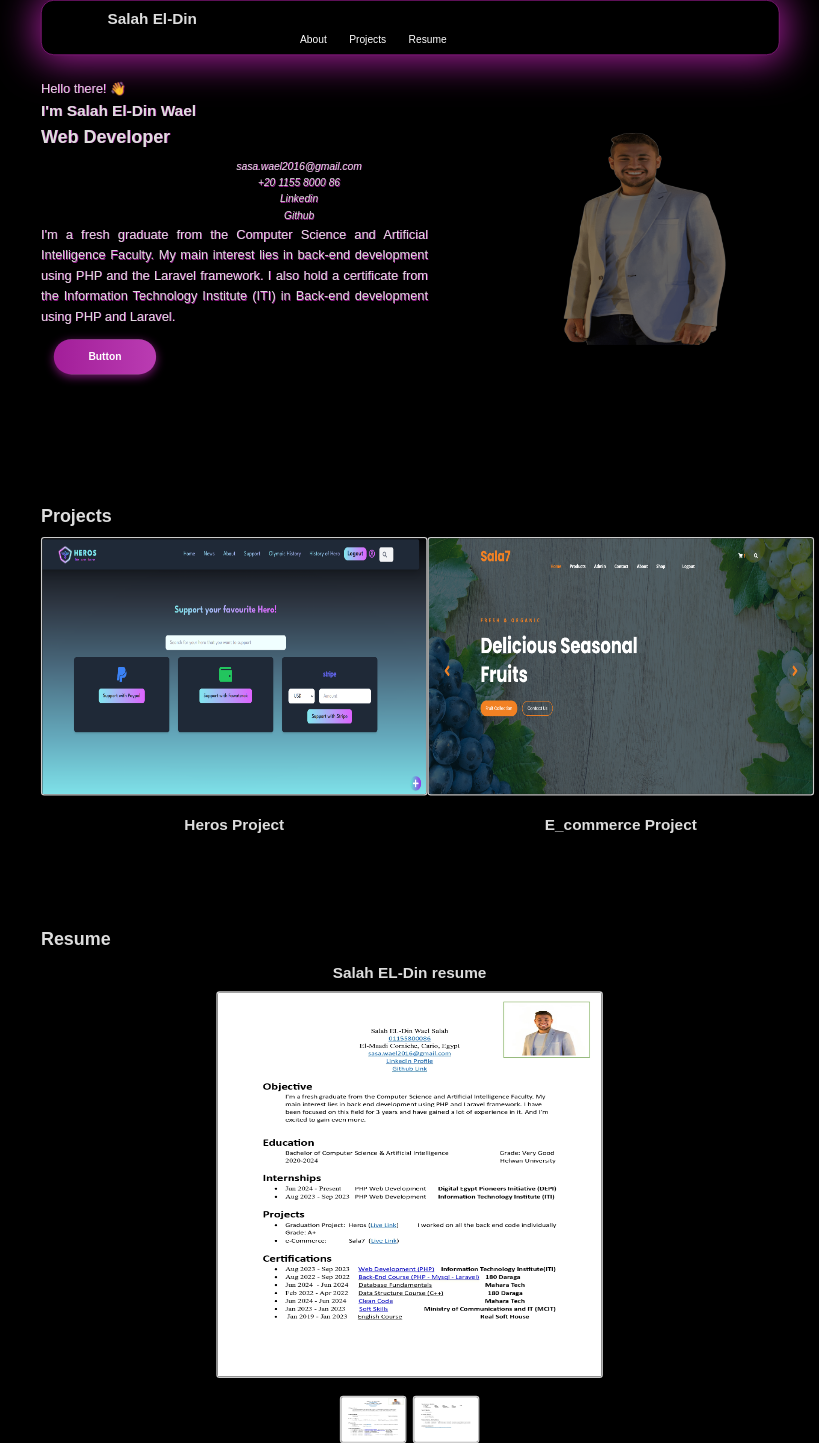
Repository: Salah-Wael/Salah-EL-Din-Portfolio
Page: index.html
These files come from the project's save history. The page is drawn as it stood at one moment and after a run of saves; the edit follows.
The browser window is 1280 px wide. The pictures show the whole page, at 64% of full size.

Above is the page before, as saved 2024-07-28 04:00:56.

After the next 7 saves:
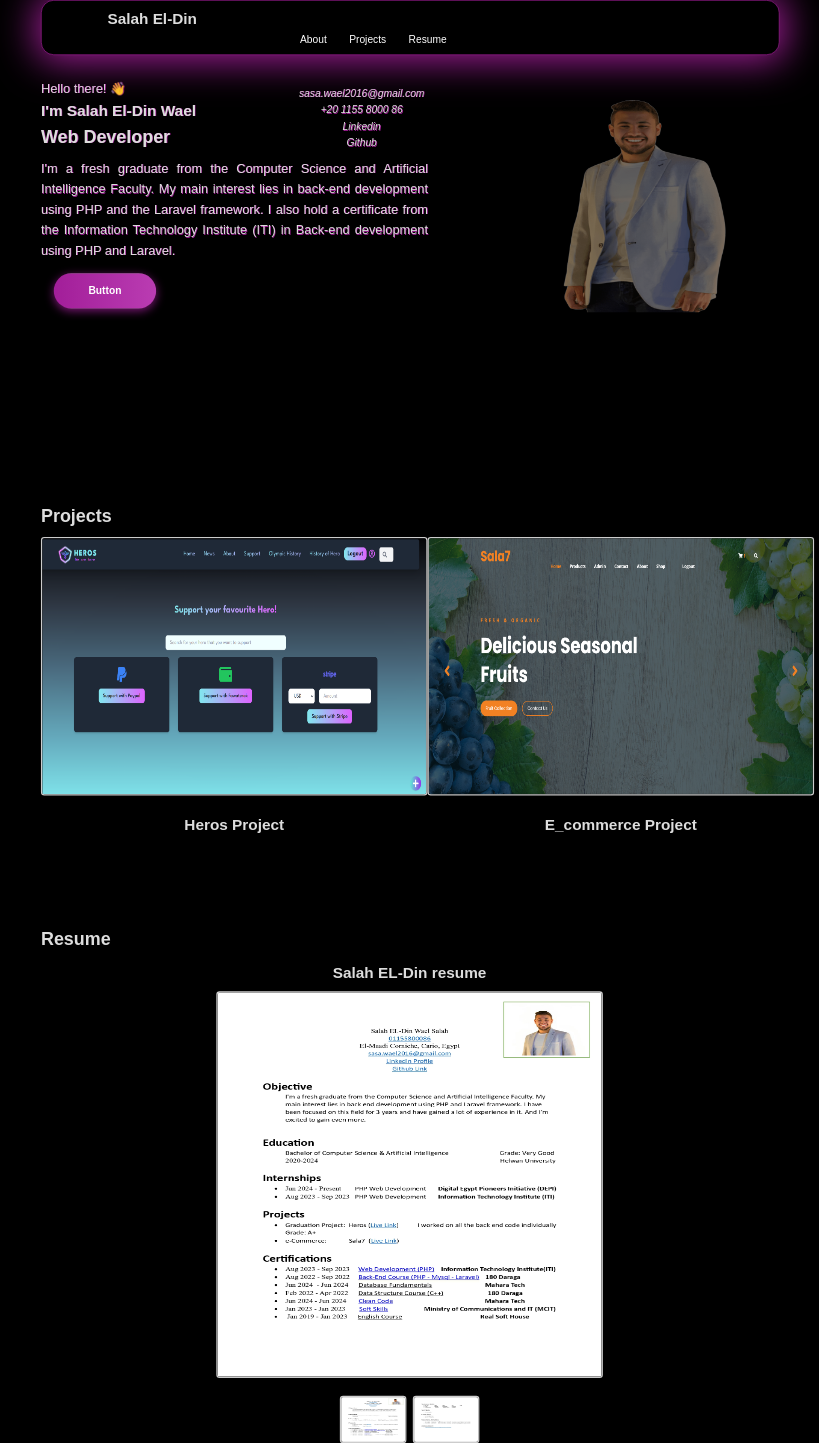
The 7 saves are shown as one change because they came seconds apart.
The last was saved 24 s later.
--- a/style.css
+++ b/style.css
@@ -109,15 +109,14 @@ section p {
   text-shadow: 1px 1px 1px #a21e99;
 }
 
-.
 .about .content .info{
   display: flex;
   flex-wrap: wrap;
   align-items: center;
 }
 
-.about .content .info .contact{
-
+.about .content .info .intro{
+  width: 50%;
 }
 
 .contact{
